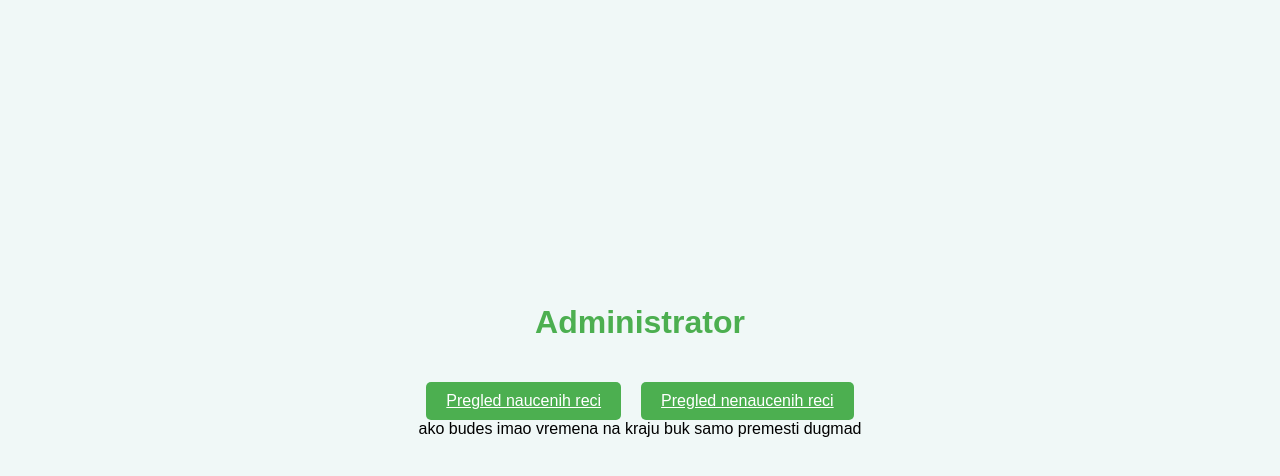
Repository: jodz4k/Polilingo-Spring-web-app
Page: http://localhost/PolilingoWeb/clanNauceneNeNauceneReci.jsp
The author's editor kept a copy of each file at every save. The page is drawn from the files as they stood at one save, then again after the next save.
The browser window is 1280 px wide. The pictures show the whole page.
The page is served by Tomcat 10. Other server files are loaded and not shown.

Above is the page before, as saved 2024-02-02 12:30:24.

### PolilingoWeb/src/main/webapp/clanNauceneNeNauceneReci.jsp
<%@ page language="java" contentType="text/html; charset=ISO-8859-1"
    pageEncoding="ISO-8859-1"%>
<!DOCTYPE html>
<html>
<head>
    <meta charset="UTF-8">
    <meta name="viewport" content="width=device-width, initial-scale=1.0">
    <title>Administrator</title>
    <style>
        body {
            background-color: #f0f8f7; /* svetlozelena boja pozadine */
            font-family: Arial, sans-serif;
            text-align: center;
            margin: 0;
            padding: 0;
            height: 100vh;
            display: flex;
            flex-direction: column;
            align-items: center;
            justify-content: center;
        }

        h1 {
            color: #4caf50;
        }

        .button-container {
            display: flex;
            flex-wrap: wrap;
            gap: 20px;
            margin-top: 20px;
        }

        .button {
            padding: 10px 20px;
            font-size: 16px;
            cursor: pointer;
            border: none;
            border-radius: 5px;
            transition: background-color 0.3s;
        }

        .add-word-button {
            background-color: #4caf50; /* zelena boja za dodavanje reci */
            color: white;
        }

        .remove-words-button {
            background-color: #4caf50; /* zelena boja za izbacivanje reci */
            color: white;
        }

        .view-stats-button {
            background-color: #4caf50; /* zelena boja za statistike */
            color: white;
        }

        .add-language-button {
            background-color: #4caf50; /* zelena boja za dodavanje jezika */
            color: white;
        }

        .button:hover {
            background-color: #34495e; /* tamnija nijansa na hover efektu */
        }
    </style>
</head>

<body>
    <h1>Administrator</h1>

    <div class="button-container">
		<a href="/Polilingo/jezik/ispisiJezike" class="button view-stats-button">Pregled naucenih reci</a>
		<a href="/Polilingo/cilj/ispisiCiljeve" class="button add-language-button">Pregled nenaucenih reci</a>
    </div>

    ako budes imao vremena na kraju buk samo premesti dugmad
</body>

</html>

After the next save:
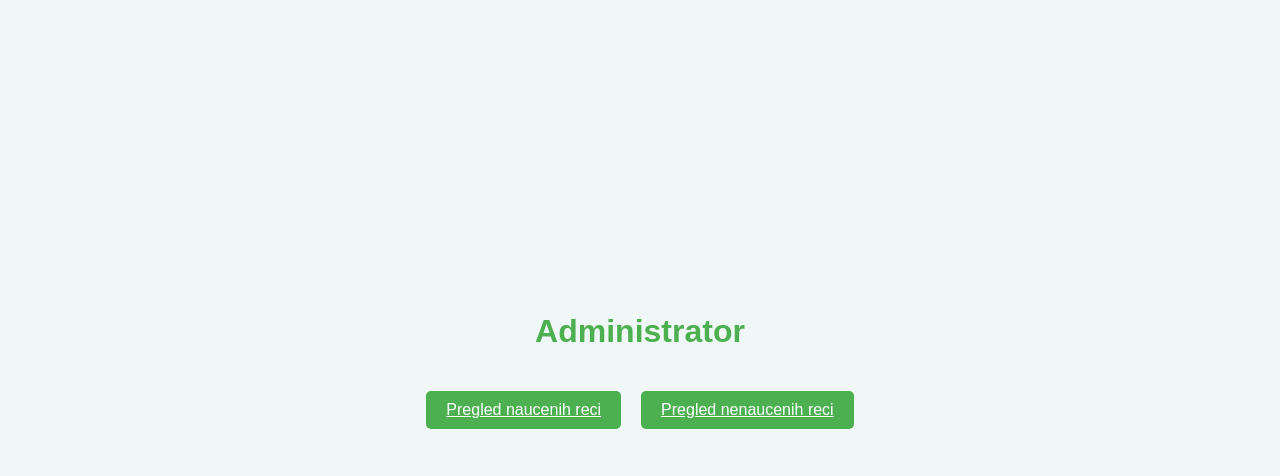
Saved 7 s later.
--- a/PolilingoWeb/src/main/webapp/clanNauceneNeNauceneReci.jsp
+++ b/PolilingoWeb/src/main/webapp/clanNauceneNeNauceneReci.jsp
@@ -73,8 +73,6 @@
 		<a href="/Polilingo/jezik/ispisiJezike" class="button view-stats-button">Pregled naucenih reci</a>
 		<a href="/Polilingo/cilj/ispisiCiljeve" class="button add-language-button">Pregled nenaucenih reci</a>
     </div>
-
-    ako budes imao vremena na kraju buk samo premesti dugmad
 </body>
 
 </html>
